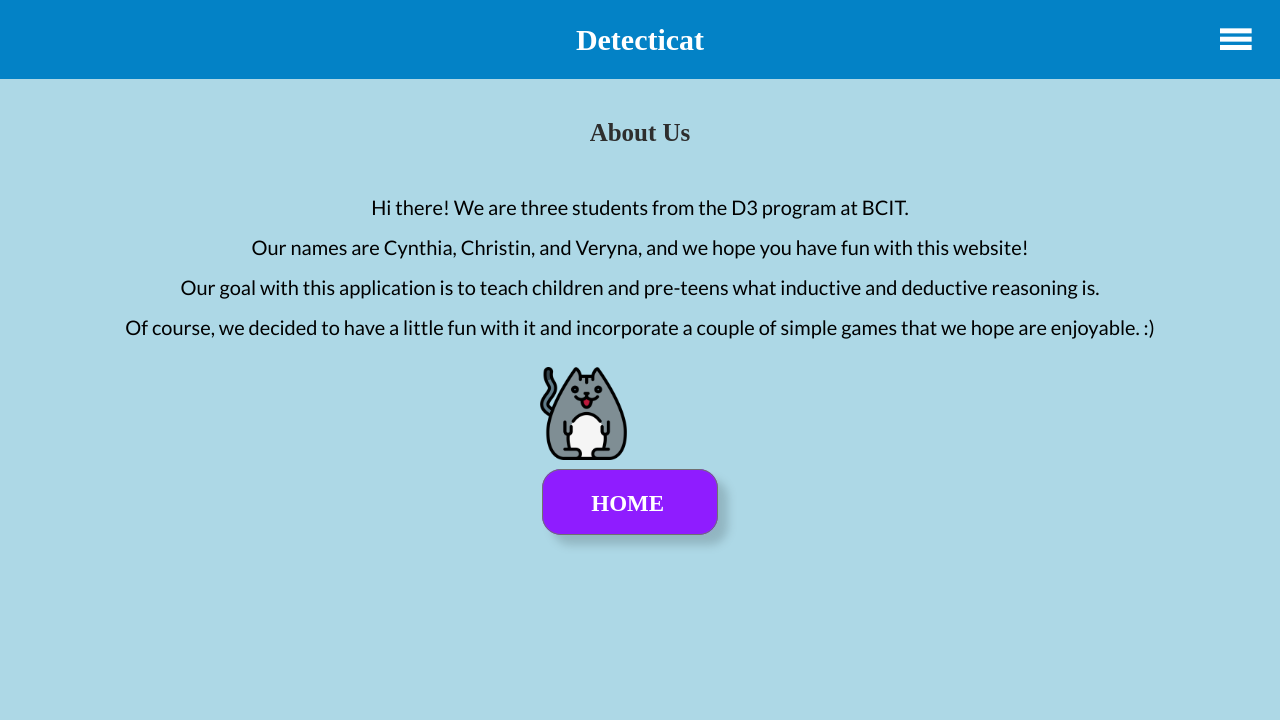
Repository: cynthiahcheng/Detecticat
Page: about page/about-us.html
An editor plug-in stored every save of this project. The page is shown before and after the next save, followed by the edit.
The browser window is 1280 px wide. The pictures show the whole page.

Above is the page before, as saved 2020-03-14 22:25:15.

After the next save:
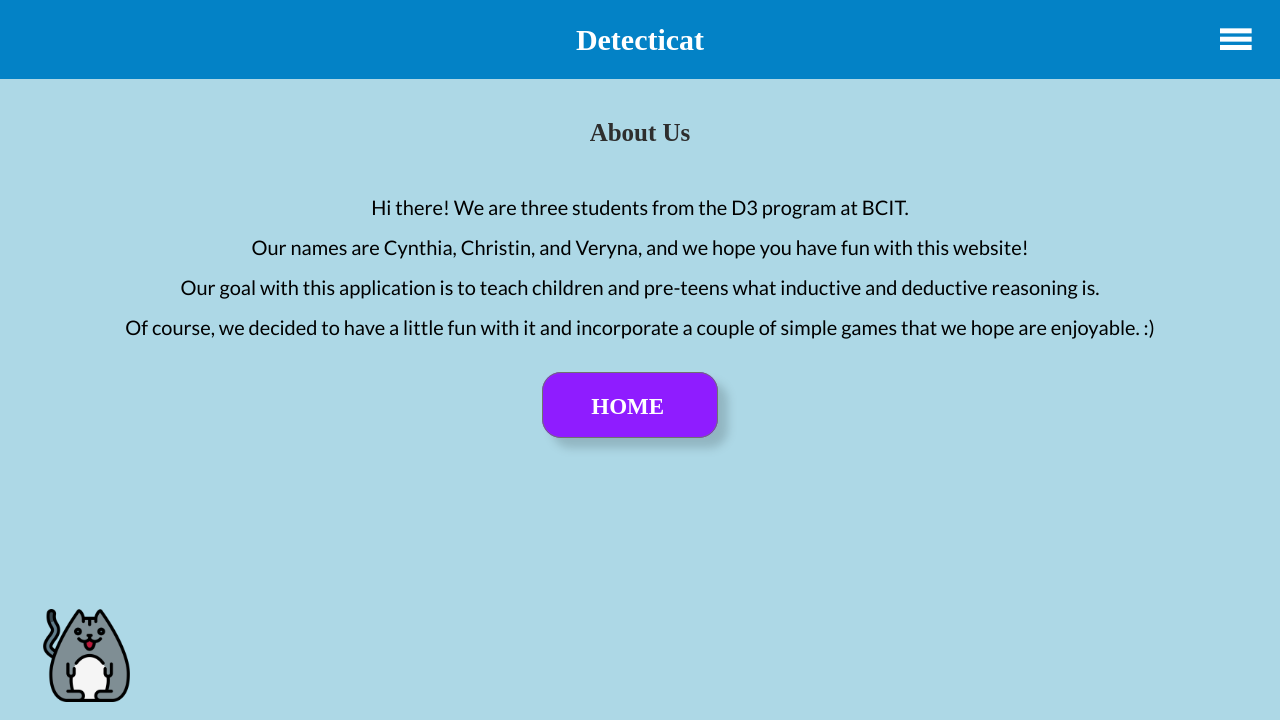
Saved 17 s later.
--- a/about page/about-us.css
+++ b/about page/about-us.css
@@ -93,3 +93,21 @@ body, html {
     font-family: 'Lato', sans-serif;
     text-align: center;
 }
+
+#footer {
+    display:flex;
+}
+
+.footer_cat {
+    position:fixed;
+    left:40px;
+    bottom:14px;
+}
+
+.footer_btn {
+    display:block;
+    position:fixed;
+    right:0;
+    bottom:-11px;
+    cursor:pointer;
+}
